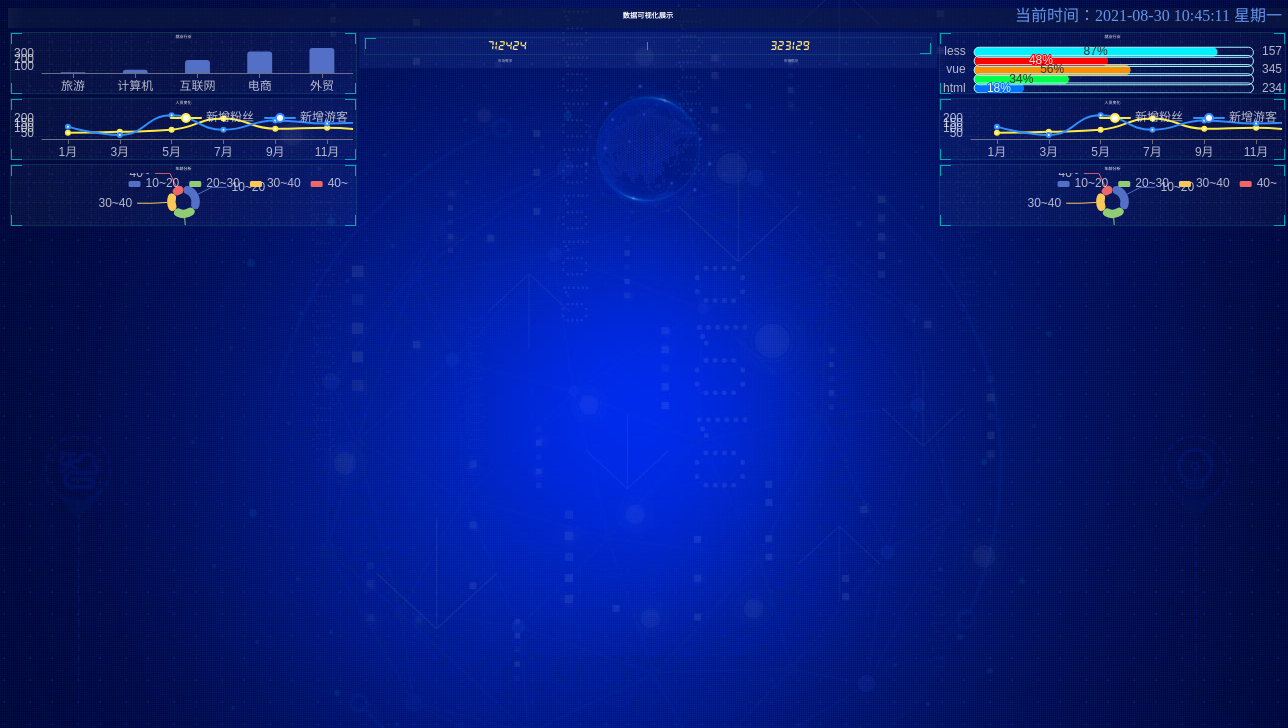
Repository: jiang-1990/DataVM
Page: /
An editor plug-in stored every save of this project. The page is shown before and after the next save, followed by the edit.
The browser window is 1280 px wide. The page is 1288 px wide, so the pictures cover 1288 px, including what lies to the right of the window. The pictures show the whole page.
The project was rebuilt for these pictures with package versions that can differ from the ones it lists, and the page was loaded fresh each time.

Above is the page before, as saved 2021-08-30 10:47:37.

### index.html
<!DOCTYPE html>
<html>
  <head>
    <meta charset="utf-8">
    <meta name="viewport" content="width=device-width,initial-scale=1.0">
    <title>mydatam</title>
  </head>
  <body>
    <div id="app"></div>
    <!-- built files will be auto injected -->
  </body>
</html>

### src/main.js
// The Vue build version to load with the `import` command
// (runtime-only or standalone) has been set in webpack.base.conf with an alias.
import Vue from 'vue'
import App from './App'
import router from './router'
import 'lib-flexible/flexible.js'
//声明字体
import './font/font.css'

Vue.config.productionTip = false

/* eslint-disable no-new */
new Vue({
  el: '#app',
  router,
  components: { App },
  template: '<App/>'
})

### src/App.vue
<template>
  <div id="app">
    <router-view/>
  </div>
</template>

<script>
export default {
  name: 'App'
}
</script>

<style>
body{
  background-image: url('assets/bg.jpg') ;
  background-Repeat : 'no-repeat';
  background-Size : '100% 100%';
  background-position: center;/* 背景图随屏幕尺寸变化 背景图两边隐藏 图片不压缩 */
}
html,body {
  width: 100%;
  height: 100%;
}

</style>

### src/router/index.js
import Vue from 'vue'
import Router from 'vue-router'
import bigScreen from '@/components/bigScreen'

Vue.use(Router)

export default new Router({
  routes: [
    {
      path: '/',
      name: 'bigScreen',
      component: bigScreen
    }
  ]
})

### src/font/font.css
 /* 声明字体 */
@font-face {
    font-family: 'electronicFont';
    src: url(./DS-DIGIT.ttf);
}

### src/components/bigScreen.vue
<template>
  <div>
    <div class="top">
      <h1>数据可视化展示</h1>
      <span class="time">当前时间：{{ date | dateFormat }}</span>
    </div>
    <div class="mainBox">
      <div class="culonm">
        <div class="panl bar">
          <h2>就业行业</h2>
          <div class="chart" id="bar_l"></div>
          <div class="zhuanjiao"></div>
        </div>

        <div class="panl line">
          <h2>人员变化</h2>
          <div class="chart" id="line_l"></div>
          <div class="zhuanjiao"></div>
        </div>

        <div class="panl pie">
          <h2>年龄分析</h2>
          <div class="chart" id="pie_l"></div>
          <div class="zhuanjiao"></div>
        </div>
      </div>
      <div class="culonm">
        <div class="num">
          <div class="num-hd">
            <ul>
              <li>712424</li>
              <li>323129</li>
            </ul>
          </div>
          <div class="num-bd">
            <ul>
              <li>市场需求</li>
              <li>市场供应</li>
            </ul>
          </div>
        </div>
        <div class="map">
          <div class="map1"></div>
          <div class="map2"></div>
          <div class="map3"></div>
          <div class="chart"></div>
        </div>
      </div>
      <div class="culonm">
        <div class="panl bar">
          <h2>就业行业</h2>
          <div class="chart" id="bar_r"></div>
          <div class="zhuanjiao"></div>
        </div>

        <div class="panl line">
          <h2>人员变化</h2>
          <div class="chart" id="line_r"></div>
          <div class="zhuanjiao"></div>
        </div>

        <div class="panl pie">
          <h2>年龄分析</h2>
          <div class="chart" id="pie_r"></div>
          <div class="zhuanjiao"></div>
        </div>
      </div>
    </div>
    <!-- <div id="myChart" style="width:1920px; height: 400px;"></div> -->
  </div>
</template>

<script>
// 引入echarts
var echarts = require("echarts");
export default {
  data() {
    return {
      date: new Date(), //当前日期
    };
  },
  // 定义一个局部的过滤器，格式化当前时间
  filters: {
    dateFormat: (dateTime) => {
      var now = new Date(dateTime);
      var y = now.getFullYear();
      var m = (now.getMonth() + 1).toString().padStart(2, "0");
      var d = now.getDate().toString().padStart(2, "0");
      var hh = now.getHours().toString().padStart(2, "0");
      var mm = now.getMinutes().toString().padStart(2, "0");
      var ss = now.getSeconds().toString().padStart(2, "0");
      let week = now.getDay(); // 星期
      let weekArr = [
        "星期日",
        "星期一",
        "星期二",
        "星期三",
        "星期四",
        "星期五",
        "星期六",
      ];
      // 过滤器中要有返回值
      return `${y}-${m}-${d} ${hh}:${mm}:${ss} ${weekArr[week]}`;
    },
  },
  mounted() {
    this.createchartPie_r();
    this.createchartLine_r();
    this.createchartBar_r();
    this.createchartPie_l();
    this.createchartLine_l();
    this.createchartBar_l();
    var _this = this;
    this.timer = setInterval(() => {
      _this.date = new Date(); // 修改日期数据
    }, 1000);
  },
  created() {},
  methods: {
    createchartPie_r() {
      const myChart = echarts.init(document.getElementById("pie_r"));
      const option = {
        tooltip: {
          trigger: "item",
        },
        legend: {
          top: "0%",
          left: "right",
          itemWidth: 12,
          itemHeight: 6,
          itemStyle:{
            borderWidth:"0"
          },
          textStyle:{
            color: "rgba(255,255,255, 0.7)",
            fontSize: "12",
          },
        },
        series: [
          {
            name: "访问来源",
            type: "pie",
            top: "10%",
            radius: ["34%", "70%"],
            avoidLabelOverlap: false,
            itemStyle: {
              borderRadius: 4,
            },
            label: {
              fontSize: "12",
              color: "rgba(255,255,255, 0.7)",
            },
            emphasis: {
              label: {
                show: true,
                fontSize: "12",
              },
            },
            labelLine: {
              show: true,
            },
            data: [
              { value: 735, name: "10~20" },
              { value: 580, name: "20~30" },
              { value: 484, name: "30~40" },
              { value: 300, name: "40~" },
            ],
          },
        ],
      };
      myChart.setOption(option);
      window.addEventListener('resize',function(){
        myChart.resize();
      })
    },
    createchartBar_r() {
      var myChart = echarts.init(document.getElementById("bar_r"));
      var option;
      var myColor=["#0073ff","#00ff48","#ff9000","#ff0000","#00f0ff"];
      option = {
        grid: {
          left: "0%",
          right: "0%",
          bottom: "0%",
          top: "12%",
          containLabel: true,
        },

        yAxis: [
          {
            type: "category",
            data: ["html", "java", "vue", "css", "less"],
            axisTick: {
              show:false,
            },
            axisLine:{
              show:false,
            },
            splitLine: {
              show: false,
            },
            axisLabel: {
              color: "rgba(255,255,255, 0.7)",
            },
          },
          {
            type: "category",
            data: [234, 154, 345, 243, 157],
            axisTick: {
              show:false,
            },
            axisLine:{
              show:false,
            },
            splitLine: {
              show: false,
            },
            axisLabel: {
              color: "rgba(255,255,255, 0.7)",
            },
          },
        ],
        xAxis: [
          {
            type: "value",
            splitLine: {
              show: false,
            },
            axisLine: {
              show:false,
            },
            axisLabel: {
              show:false,
            },
          },
        ],
        series: [
          {
            name: "直接访问",
            type: "bar",
            barWidth: "10",
            barCategoryGap :'50',
            data: [18, 34, 56, 48, 87],
            yAxisIndex:'0',
            label: {
                show: true,
                position:'inside',
                formatter:'{c}%'
            },
            itemStyle: {
              borderRadius: 30,
              color:function(params){
                //console.log(params)
                return myColor[params.dataIndex]
                //return myColor[0]
              },
            },

          },
          {
            name: "直接访问",
            type: "bar",
            barWidth: "12",
            data: [100, 100, 100, 100, 100],
            yAxisIndex:'1',
            label: {
                show: false
            },
            itemStyle: {
              borderRadius: 30,
              color: "rgba(137, 69, 69, 0)",
              borderColor: "rgba(165, 246, 255, 1)",
              borderWidth: 1,
            },

          },
        ],
      };
      myChart.setOption(option);
      window.addEventListener('resize',function(){
        myChart.resize();
      })
    },
    createchartLine_r() {
      var myChart = echarts.init(document.getElementById("line_r"));
      console.log(myChart);
      var option = {
        tooltip: {
          trigger: "axis",
          backgroundColor: "rgba(0,21,49, 0.7)", //通过设置rgba调节背景颜色与透明度
          borderWidth: 0,
          textStyle: {
            color: "#fff",
          },
        },
        legend: {
          data: ["新增粉丝", "新增游客"],
          right: 0,
          itemStyle: {
            borderWidth: 0,
          },
          itemWidth: 30,
          itemHeight: 10,
          lineStyle: {
            cap: "round",
          },

          textStyle: {
            color: "rgba(255,255,255, 0.7)",
            fontSize: "12",
          },
        },
        grid: {
          left: "0%",
          right: "0%",
          bottom: "0%",
          top: "12%",
          containLabel: true,
        },

        xAxis: [
          {
            type: "category",
            data: ["1月", "3月", "5月", "7月", "9月", "11月"],
            axisTick: {
              alignWithLabel: true,
            },
            splitLine: {
              show: false,
            },
            axisLabel: {
              color: "rgba(255,255,255, 0.7)",
            },
          },
        ],
        yAxis: [
          {
            type: "value",
            splitLine: {
              show: false,
            },
            axisLabel: {
              color: "rgba(255,255,255, 0.7)",
            },
          },
        ],
        series: [
          {
            name: "新增粉丝",
            type: "line",
            smooth: true,
            data: [60, 70, 90, 200, 100, 110, 60],
            itemStyle: {
              normal: {
                color: "#ffea48", //折线点的颜色
                lineStyle: {
                  color: "#ffea48", //折线的颜色
                },
              },
            },
          },
          {
            name: "新增游客",
            type: "line",
            smooth: true,
            data: [120, 40, 230, 90, 180, 150, 180],
            itemStyle: {
              normal: {
                color: "#318eff", //折线点的颜色
                lineStyle: {
                  color: "#318eff", //折线的颜色
                },
              },
            },
          },
        ],
      };
      myChart.setOption(option);
      window.addEventListener('resize',function(){
        myChart.resize();
      })
    },
    createchartPie_l() {
      const myChart = echarts.init(document.getElementById("pie_l"));
      const option = {
        tooltip: {
          trigger: "item",
        },
        legend: {
          top: "0%",
          left: "right",
          itemWidth: 12,
          itemHeight: 6,
          itemStyle:{
            borderWidth:"0"
          },
          textStyle:{
            color: "rgba(255,255,255, 0.7)",
            fontSize: "12",
          },
        },
        series: [
          {
            name: "访问来源",
            type: "pie",
            top: "10%",
            radius: ["34%", "70%"],
            avoidLabelOverlap: false,
            itemStyle: {
              borderRadius: 4,
            },
            label: {
              fontSize: "12",
              color: "rgba(255,255,255, 0.7)",
            },
            emphasis: {
              label: {
                show: true,
                fontSize: "12",
              },
            },
            labelLine: {
              show: true,
            },
            data: [
              { value: 735, name: "10~20" },
              { value: 580, name: "20~30" },
              { value: 484, name: "30~40" },
              { value: 300, name: "40~" },
            ],
          },
        ],
      };
      myChart.setOption(option);
      window.addEventListener('resize',function(){
        myChart.resize();
      })
    },
    createchartBar_l() {
      var myChart = echarts.init(document.getElementById("bar_l"));
      var option;
      option = {
        tooltip: {
          trigger: "axis",
          axisPointer: {
            // 坐标轴指示器，坐标轴触发有效
            type: "shadow", // 默认为直线，可选为：'line' | 'shadow'
          },
          backgroundColor: "rgba(0,21,49, 0.7)", //通过设置rgba调节背景颜色与透明度
          borderWidth: 0,
          textStyle: {
            color: "#fff",
          },
        },
        grid: {
          left: "0%",
          right: "0%",
          bottom: "0%",
          top: "12%",
          containLabel: true,
        },

        xAxis: [
          {
            type: "category",
            data: ["旅游", "计算机", "互联网", "电商", "外贸"],
            axisTick: {
              alignWithLabel: true,
            },
            splitLine: {
              show: false,
            },
            axisLabel: {
              color: "rgba(255,255,255, 0.7)",
            },
          },
        ],
        yAxis: [
          {
            type: "value",
            splitLine: {
              show: false,
            },
            axisLabel: {
              color: "rgba(255,255,255, 0.7)",
            },
          },
        ],
        series: [
          {
            name: "直接访问",
            type: "bar",
            barWidth: "40%",
            data: [10, 52, 200, 334, 390],
            itemStyle: {
              borderRadius: [3, 3, 0, 0],
            },
          },
        ],
      };
      myChart.setOption(option);
      window.addEventListener('resize',function(){
        myChart.resize();
      })
    },
    createchartLine_l() {
      var myChart = echarts.init(document.getElementById("line_l"));
      console.log(myChart);
      var option = {
        tooltip: {
          trigger: "axis",
          backgroundColor: "rgba(0,21,49, 0.7)", //通过设置rgba调节背景颜色与透明度
          borderWidth: 0,
          textStyle: {
            color: "#fff",
          },
        },
        legend: {
          data: ["新增粉丝", "新增游客"],
          right: 0,
          itemStyle: {
            borderWidth: 0,
          },
          itemWidth: 30,
          itemHeight: 10,
          lineStyle: {
            cap: "round",
          },

          textStyle: {
            color: "rgba(255,255,255, 0.7)",
            fontSize: "12",
          },
        },
        grid: {
          left: "0%",
          right: "0%",
          bottom: "0%",
          top: "12%",
          containLabel: true,
        },

        xAxis: [
          {
            type: "category",
            data: ["1月", "3月", "5月", "7月", "9月", "11月"],
            axisTick: {
              alignWithLabel: true,
            },
            splitLine: {
              show: false,
            },
            axisLabel: {
              color: "rgba(255,255,255, 0.7)",
            },
          },
        ],
        yAxis: [
          {
            type: "value",
            splitLine: {
              show: false,
            },
            axisLabel: {
              color: "rgba(255,255,255, 0.7)",
            },
          },
        ],
        series: [
          {
            name: "新增粉丝",
            type: "line",
            smooth: true,
            data: [60, 70, 90, 200, 100, 110, 60],
            itemStyle: {
              normal: {
                color: "#ffea48", //折线点的颜色
                lineStyle: {
                  color: "#ffea48", //折线的颜色
                },
              },
            },
          },
          {
            name: "新增游客",
            type: "line",
            smooth: true,
            data: [120, 40, 230, 90, 180, 150, 180],
            itemStyle: {
              normal: {
                color: "#318eff", //折线点的颜色
                lineStyle: {
                  color: "#318eff", //折线的颜色
                },
              },
            },
          },
        ],
      };
      myChart.setOption(option);
      window.addEventListener('resize',function(){
        myChart.resize();
      })
    },
  },
};
</script>

<style scoped>
@import "../css/bigScreen.css";
</style>

### src/css/bigScreen.css
* {
  margin: 0;
  padding: 0;
  box-sizing: border-box;
}
li {
  list-style-type: none;
}
.top {
  height: 1.25rem;
  background: url(../assets/head_bg.png) no-repeat;
  box-sizing: 100% 100%;
  position: relative;
}
.top h1 {
  font-size: 0.45rem;
  line-height: 1rem;
  color: #ffffff;
  text-align: center;
}
.top .time {
  line-height: 0.9375rem;
  position: absolute;
  right: 0.375rem;
  top: 0;
  color: cornflowerblue;
}
.mainBox {
  min-width: 1024px;
  max-width: 1920px;
  margin: 0 auto;
  display: flex;
  padding: 0.25rem 0.125rem 0;
}
.mainBox .culonm {
  flex: 3;
}
.mainBox .culonm:nth-child(2) {
  flex: 5;
  margin: 0 0.125rem 0.1875rem;
}
.mainBox .panl {
  position: relative;
  height: 3.875rem;
  border: 0.0125rem solid rgba(25, 186, 139, 0.17);
  background: url(../assets/line.png) rgba(255, 255, 255, 0.03);
  padding: 0 0.1875rem 0.25rem;
  margin-bottom: 0.25rem;
}
.mainBox .panl::before {
  position: absolute;
  top: 0;
  left: 0;
  width: 10px;
  height: 10px;
  border-left: 1px solid #02a6b5;
  border-top: 1px solid #02a6b5;
  content: "";
}
.mainBox .panl::after {
  position: absolute;
  top: 0;
  right: 0;
  width: 10px;
  height: 10px;
  border-right: 1px solid #02a6b5;
  border-top: 1px solid #02a6b5;
  content: "";
}
.mainBox .panl .zhuanjiao {
  width: 100%;
  height: 10px;
  position: absolute;
  bottom: 0px;
  left: 0;
}
.mainBox .panl .zhuanjiao::before {
  position: absolute;
  top: 0;
  left: 0;
  width: 10px;
  height: 10px;
  border-left: 1px solid #02a6b5;
  border-bottom: 1px solid #02a6b5;
  content: "";
}
.mainBox .panl .zhuanjiao::after {
  position: absolute;
  top: 0;
  right: 0;
  width: 10px;
  height: 10px;
  border-right: 1px solid #02a6b5;
  border-bottom: 1px solid #02a6b5;
  content: "";
}
.mainBox .panl h2 {
  font-size: 0.25rem;
  color: #ffffff;
  line-height: 0.5rem;
  text-align: center;
  height: 0.5rem;
  font-weight: 400;
}
.mainBox .panl .chart {
  height: 3.25rem;
}
.mainBox .num {
  background: rgba(101, 132, 226, 0.1);
  padding: 0.1875rem;
}
.mainBox .num .num-hd {
  position: relative;
  margin: 0.125rem;
  border: 1px solid rgba(25, 186, 139, 0.17);
}
.mainBox .num .num-hd::before {
  position: absolute;
  top: 0;
  left: 0;
  width: 10px;
  height: 10px;
  border-left: 1px solid #02a6b5;
  border-top: 1px solid #02a6b5;
  content: "";
}
.mainBox .num .num-hd::after {
  position: absolute;
  bottom: 0;
  right: 0;
  width: 10px;
  height: 10px;
  border-right: 1px solid #02a6b5;
  border-bottom: 1px solid #02a6b5;
  content: "";
}
.mainBox .num .num-hd ul {
  display: flex;
}
.mainBox .num .num-hd ul li {
  flex: 1;
  line-height: 1rem;
  font-size: 0.875rem;
  color: #ffeb7b;
  text-align: center;
  font-family: electronicFont;
}
.mainBox .num .num-hd ul li:nth-child(1) {
  position: relative;
}
.mainBox .num .num-hd ul li:nth-child(1)::after {
  position: absolute;
  top: 25%;
  right: 0;
  height: 50%;
  border-right: 1px solid #02a6b5;
  content: "";
}
.mainBox .num .num-bd {
  position: relative;
}
.mainBox .num .num-bd ul {
  display: flex;
}
.mainBox .num .num-bd ul li {
  flex: 1;
  line-height: 0.5rem;
  font-size: 0.225rem;
  color: rgba(255, 255, 255, 0.7);
  text-align: center;
}
.mainBox .map {
  height: 10.125rem;
  position: relative;
}
.mainBox .map .map1 {
  width: 6.475rem;
  height: 6.475rem;
  position: absolute;
  top: 50%;
  left: 50%;
  transform: translate(-50%, -50%);
  background: url(../assets/map.png);
  background-size: 100% 100%;
  opacity: 0.3;
}
.mainBox .map .map2 {
  width: 8.0375rem;
  height: 8.0375rem;
  position: absolute;
  top: 50%;
  left: 50%;
  transform: translate(-50%, -50%);
  background: url(../assets/lbx.png);
  background-size: 100% 100%;
  animation: rotatel1 20s linear infinite;
  opacity: 0.6;
}
@keyframes rotatel1 {
  from {
    transform: translate(-50%, -50%) rotate(0deg);
  }
  to {
    transform: translate(-50%, -50%) rotate(360deg);
  }
}
.mainBox .map .map3 {
  width: 7.075rem;
  height: 7.075rem;
  position: absolute;
  top: 50%;
  left: 50%;
  transform: translate(-50%, -50%);
  background: url(../assets/jt.png);
  background-size: 100% 100%;
  animation: rotatel2 15s linear infinite;
  opacity: 0.6;
}
@keyframes rotatel2 {
  from {
    transform: translate(-50%, -50%) rotate(0deg);
  }
  to {
    transform: translate(-50%, -50%) rotate(-360deg);
  }
}
.mainBox .map .chart {
  height: 10.125rem;
}

After the next save:
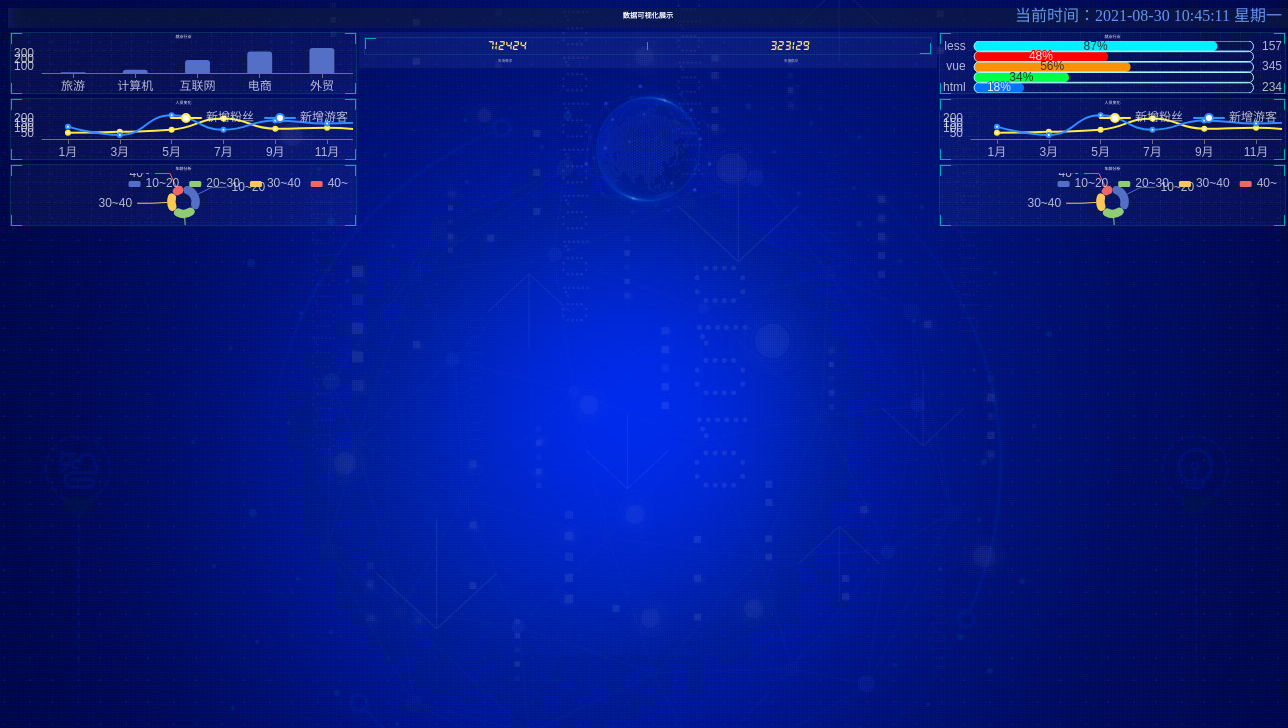
Saved 40 s later.
--- a/src/components/bigScreen.vue
+++ b/src/components/bigScreen.vue
@@ -182,7 +182,7 @@ export default {
           left: "0%",
           right: "0%",
           bottom: "0%",
-          top: "12%",
+          top: "0%",
           containLabel: true,
         },
 
